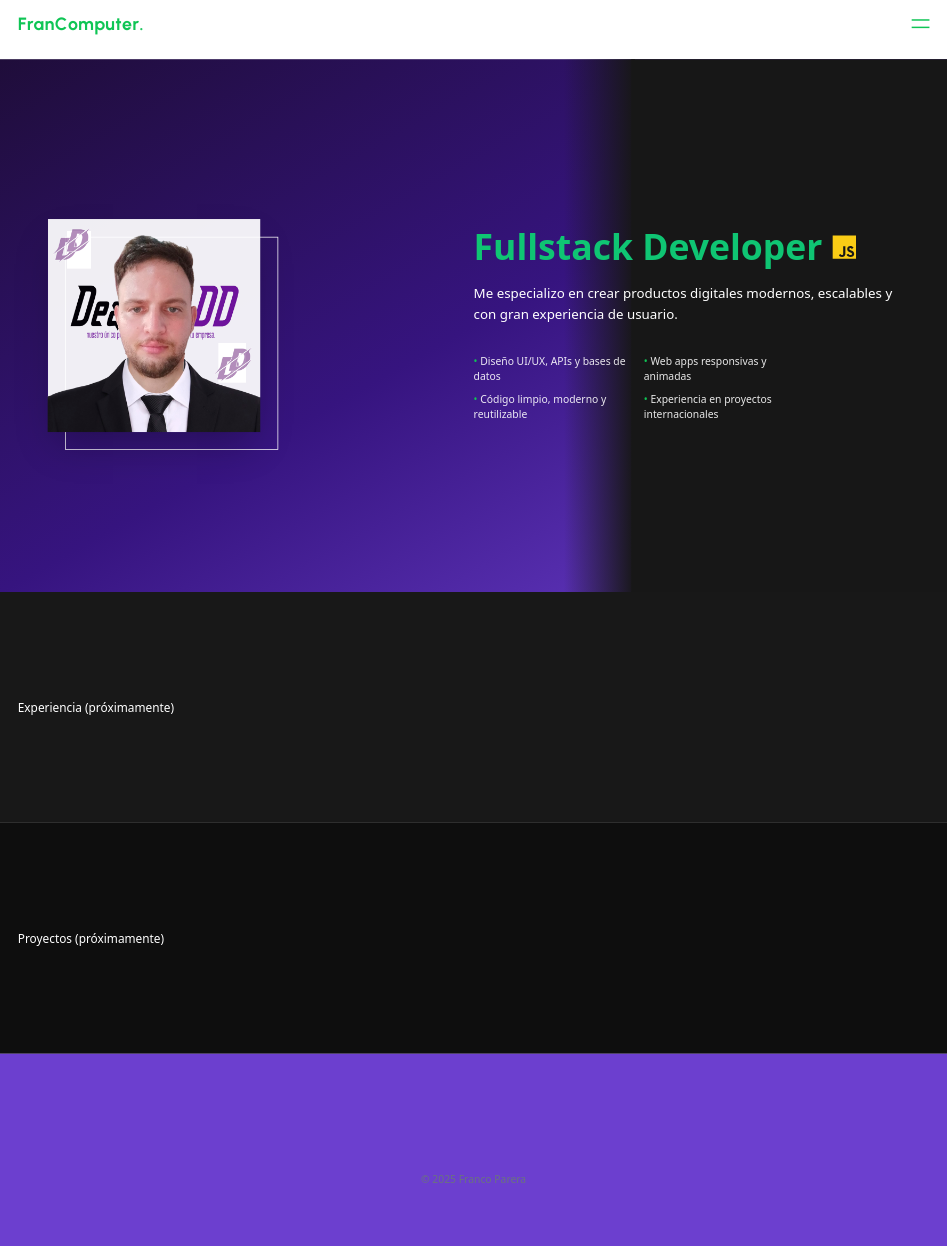
Repository: francoluca35/portfolio-franco-dev
Page: /
These files come from the project's save history. The page is drawn as it stood at one moment and after the next save; the edit follows.
The browser window is 1280 px wide. The pictures show the whole page, at 74% of full size.
The project was rebuilt for these pictures with package versions that can differ from the ones it lists, and the page was loaded fresh each time. The framework's server and built-in components were replaced by stand-ins that run in the browser. Also part of the build but not shown: next.config.js.

Above is the page before, as saved 2025-05-06 02:30:15.

### app/layout.jsx
import Nav from "../components/Nav";
import "../styles/globals.css";
import { Outfit } from "next/font/google";

export const metadata = {
  title: "Franco Parera | Desarrollador Web Fullstack",
  description:
    "Portfolio de Franco Parera, desarrollador web especializado en React, Next.js y soluciones escalables.",
  keywords:
    "desarrollador web, portfolio, frontend, backend, next.js, react, diseño web, SEO, Buenos Aires",
  authors: [{ name: "Franco Parera" }],
  creator: "Franco Parera",
  openGraph: {
    title: "Franco Parera | Desarrollador Web",
    description:
      "Conocé mis proyectos como desarrollador web fullstack. Diseño moderno, rendimiento y SEO.",
    url: "https://tusitio.com",
    siteName: "Franco Parera | Portfolio",
    images: [
      {
        url: "https://tusitio.com/og-image.jpg",
        width: 1200,
        height: 630,
        alt: "Imagen portfolio Franco",
      },
    ],
    locale: "es_AR",
    type: "website",
  },
  twitter: {
    card: "summary_large_image",
    title: "Franco Parera | Desarrollador Web",
    description:
      "Portfolio profesional de Franco Parera con proyectos reales, experiencia y habilidades técnicas.",
    images: ["https://tusitio.com/og-image.jpg"],
  },
};
const outfit = Outfit({
  subsets: ["latin"],
  weight: ["400", "600", "700"], // Podés ajustar los pesos
});

export default function RootLayout({ children }) {
  return (
    <html lang="es">
      <head>
        <meta name="viewport" content="width=device-width, initial-scale=1" />
        <link rel="icon" href="/favicon.ico" />
      </head>
      <body className="antialiased scroll-smooth outfit.className">
        <Nav />
        <div className="pt-20">{children}</div>{" "}
      </body>
    </html>
  );
}

### app/page.jsx
import Hero from "../components/Hero";
import Experience from "../components/Experience";
import Projects from "../components/Projects";
import Footer from "../components/Footer";

export default function HomePage() {
  return (
    <main>
      <section id="inicio">
        <Hero />
      </section>

      <section id="experiencia" className="bg-[#181818] text-white py-20 px-6">
        <Experience />
      </section>

      <section id="proyectos" className="bg-[#0E0E0E] text-white py-20 px-6">
        <Projects />
      </section>

      <section id="contacto" className="bg-[#6C3FCF] text-white py-20 px-6">
        <Footer />
      </section>
    </main>
  );
}

### components/Nav.jsx
"use client";

import { useState, useEffect } from "react";
import Link from "next/link";
import { motion, AnimatePresence } from "framer-motion";
import { FaGithub, FaInstagram, FaLinkedin } from "react-icons/fa";
import AnimatedLogo from "./AnimatedLogo";

const menuItems = [
  { href: "#inicio", label: "INICIO" },
  { href: "#experiencia", label: "EXPERIENCIA" },
  { href: "#proyectos", label: "PROYECTOS" },
  { href: "#contacto", label: "CONTACTO" },
];

export default function Nav() {
  const [isOpen, setIsOpen] = useState(false);
  const [scrolled, setScrolled] = useState(false);

  useEffect(() => {
    const handleScroll = () => {
      setScrolled(window.scrollY > 10);
    };
    window.addEventListener("scroll", handleScroll);
    return () => window.removeEventListener("scroll", handleScroll);
  }, []);

  return (
    <>
      <nav
        className={`fixed w-full px-6 py-4 flex justify-between items-center z-50 transition-colors duration-300 ${
          scrolled ? "bg-[#2b06364b] shadow-lg" : "bg-transparent"
        }`}
      >
        <AnimatedLogo />

        <button onClick={() => setIsOpen(true)} className="space-y-2">
          <span className="block w-6 h-0.5 bg-[#0fc555]"></span>
          <span className="block w-6 h-0.5 bg-[#0fc555]"></span>
        </button>
      </nav>

      <AnimatePresence>
        {isOpen && (
          <motion.div
            initial={{ y: "-100vh", opacity: 0 }}
            animate={{ y: 0, opacity: 1 }}
            exit={{ y: "-100vh", opacity: 0 }}
            transition={{
              type: "spring",
              stiffness: 100,
              damping: 15,
              bounce: 0.25,
              duration: 0.8,
            }}
            className="fixed inset-0 bg-[#2c1167] text-white flex flex-col items-center justify-center text-5xl font-extrabold z-50"
          >
            <button
              onClick={() => setIsOpen(false)}
              className="absolute top-6 right-8 text-lg font-bold hover:text-black"
            >
              close
            </button>

            <ul className="space-y-8 text-center">
              {menuItems.map((item, index) => (
                <motion.li
                  key={item.href}
                  initial={{ opacity: 0, y: 30 }}
                  animate={{ opacity: 1, y: 0 }}
                  transition={{ delay: 0.3 + index * 0.15 }}
                  className="hover:text-black hover:text-6xl transition-all duration-300"
                >
                  <Link href={item.href} onClick={() => setIsOpen(false)}>
                    {item.label}
                  </Link>
                </motion.li>
              ))}
            </ul>

            <div className="text-2xl mt-16 flex gap-8">
              <a
                href="https://www.linkedin.com/in/franco-parera/"
                target="_blank"
                rel="noopener noreferrer"
                className="hover:text-[#0077B5] transition-colors duration-300"
              >
                <FaLinkedin />
              </a>
              <a
                href="https://github.com/francoluca35"
                target="_blank"
                rel="noopener noreferrer"
                className="hover:text-[#010101] transition-colors duration-300"
              >
                <FaGithub />
              </a>
              <a
                href="https://www.instagram.com/franco.dev24/"
                target="_blank"
                rel="noopener noreferrer"
                className="hover:text-[#c550ff] transition-colors duration-300"
              >
                <FaInstagram />
              </a>
            </div>
          </motion.div>
        )}
      </AnimatePresence>
    </>
  );
}

### components/Hero.jsx
"use client";
import { motion } from "framer-motion";
import Image from "next/image";
import { FaJs } from "react-icons/fa";

export default function Hero() {
  return (
    <section
      aria-label="Presentación de Franco Parera como Fullstack Developer"
      className="relative w-full min-h-screen bg-gradient-to-br from-[#1f0d3a] via-[#36147f] to-[#6C3FCF] text-white px-4 sm:px-12  flex items-center justify-center"
    >
      {/* Fondo negro a la derecha */}
      <div className="hidden md:block absolute top-0 right-0 w-1/3 h-full bg-[#171717] z-0" />

      {/* Difuminado entre violeta y negro */}
      <div className="hidden md:block absolute top-0 right-[33%] w-24 h-full bg-gradient-to-r from-transparent to-[#171717] z-10" />

      {/* Contenido */}
      <div className="relative z-20 max-w-6xl w-full flex flex-col md:flex-row items-center md:items-center md:justify-between gap-10">
        {/* Imagen */}
        <motion.div
          initial={{ opacity: 0, scale: 0.95 }}
          animate={{ opacity: 1, scale: 1 }}
          transition={{ duration: 0.6 }}
          className="relative flex justify-center"
        >
          <div className="absolute top-6 left-6 w-60 h-60 sm:w-72 sm:h-72 border border-white z-0" />
          <div className="relative w-60 h-60 sm:w-72 sm:h-72 shadow-2xl overflow-hidden z-10">
            <Image
              src="/assets/yo-franco.png"
              alt="Franco Parera - desarrollador fullstack"
              fill
              className="object-cover"
              priority
            />
          </div>
        </motion.div>

        {/* Texto */}
        <div className="text-center md:text-left md:w-1/2 space-y-6">
          <motion.h1
            initial={{ opacity: 0, y: 20 }}
            animate={{ opacity: 1, y: 0 }}
            transition={{ duration: 0.6 }}
            className="text-3xl sm:text-4xl md:text-5xl font-extrabold text-[#0fc573] flex justify-center md:justify-start items-center gap-3 flex-wrap"
          >
            Fullstack Developer
            <FaJs className="text-yellow-400 text-3xl md:text-4xl" />
          </motion.h1>

          <motion.p
            initial={{ opacity: 0, y: 20 }}
            animate={{ opacity: 1, y: 0 }}
            transition={{ delay: 0.2, duration: 0.6 }}
            className="text-base sm:text-lg text-white max-w-xl mx-auto md:mx-0"
          >
            Me especializo en crear productos digitales modernos, escalables y
            con gran experiencia de usuario.
          </motion.p>

          {/* Lista de habilidades */}
          <motion.div
            initial={{ opacity: 0, y: 20 }}
            animate={{ opacity: 1, y: 0 }}
            transition={{ delay: 0.3, duration: 0.6 }}
            className="grid grid-cols-1 sm:grid-cols-2 gap-3 text-sm text-white/90 max-w-md mx-auto md:mx-0 pt-4"
          >
            <p>
              <span className="text-[#0fc555]">•</span> Diseño UI/UX, APIs y
              bases de datos
            </p>
            <p>
              <span className="text-[#0fc555]">•</span> Web apps responsivas y
              animadas
            </p>
            <p>
              <span className="text-[#0fc555]">•</span> Código limpio, moderno y
              reutilizable
            </p>
            <p>
              <span className="text-[#0fc555]">•</span> Experiencia en proyectos
              internacionales
            </p>
          </motion.div>
        </div>
      </div>
    </section>
  );
}

### components/Experience.jsx
export default function Experience() { return <section className="my-16">Experiencia (próximamente)</section>; }

### components/Projects.jsx
export default function Projects() { return <section className="my-16">Proyectos (próximamente)</section>; }

### components/Footer.jsx
export default function Footer() { return <footer className="mt-20 text-center text-sm text-gray-500">© 2025 Franco Parera</footer>; }

### components/AnimatedLogo.jsx
"use client";
import { useState, useEffect } from "react";
import { Outfit, Urbanist } from "next/font/google";
const outfit = Urbanist({
  subsets: ["latin"],
  weight: ["400", "700"],
});
export default function AnimatedLogo() {
  const leftFull = "Fran";
  const rightFull = "Computer";
  const base = "FC";

  const [left, setLeft] = useState("");
  const [right, setRight] = useState("");
  const [phase, setPhase] = useState("expand");
  const [step, setStep] = useState(0);

  useEffect(() => {
    let interval;

    if (phase === "expand") {
      interval = setInterval(() => {
        setLeft((prev) => {
          if (prev.length < leftFull.length - 1) {
            return leftFull.slice(1, prev.length + 2);
          }
          return prev;
        });

        setRight((prev) => {
          if (prev.length < rightFull.length - 1) {
            return rightFull.slice(1, prev.length + 2);
          }
          return prev;
        });

        setStep((prev) => {
          const next = prev + 1;
          if (next >= Math.max(leftFull.length - 1, rightFull.length - 1)) {
            clearInterval(interval);
            setTimeout(() => setPhase("pause"), 1200);
          }
          return next;
        });
      }, 100);
    }

    if (phase === "contract") {
      interval = setInterval(() => {
        setLeft((prev) => prev.slice(0, -1));
        setRight((prev) => prev.slice(0, -1));
        setStep((prev) => {
          const next = prev - 1;
          if (next <= 0) {
            clearInterval(interval);
            setTimeout(() => setPhase("expand"), 1000);
          }
          return next;
        });
      }, 60);
    }

    if (phase === "pause") {
      setTimeout(() => {
        setPhase("contract");
      }, 800);
    }

    return () => clearInterval(interval);
  }, [phase]);

  return (
    <h1
      className={`text-2xl font-bold text-[#0fc555] tracking-wide ${outfit.className}`}
    >
      F<span className="inline-block">{left}</span>C
      <span className="inline-block">{right}</span>
      <span className="text-[#0fc555] animate-pulse">.</span>
    </h1>
  );
}

### tailwind.config.js
/** @type {import('tailwindcss').Config} */
module.exports = {
  content: [
    "./app/**/*.{js,ts,jsx,tsx}",
    "./components/**/*.{js,ts,jsx,tsx}",
  ],
  darkMode: 'class',
  theme: {
    extend: {},
  },
  plugins: [],
}

Loaded but not shown: styles/globals.css (common file)

After the next save:
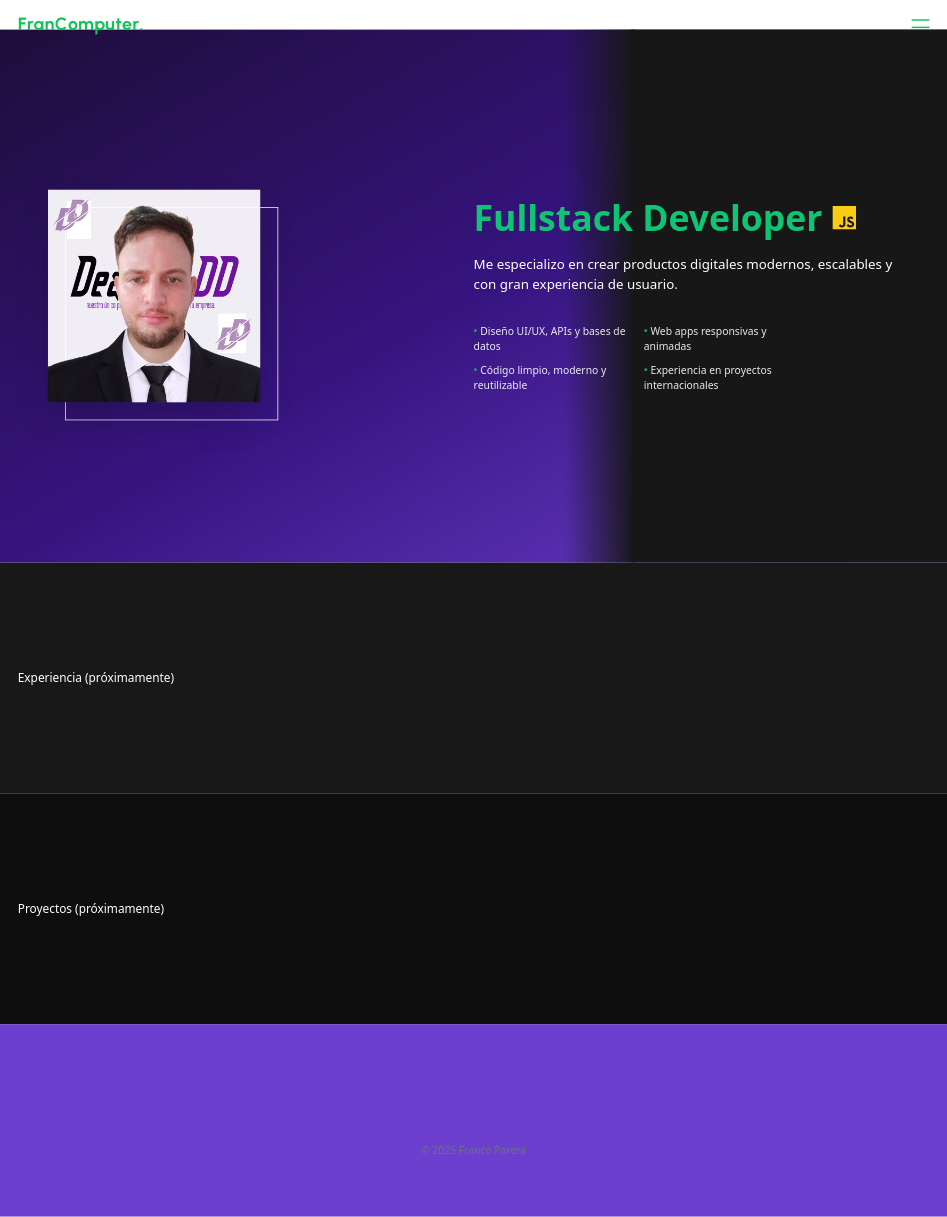
Saved 9 s later.
--- a/components/Hero.jsx
+++ b/components/Hero.jsx
@@ -7,7 +7,7 @@ export default function Hero() {
   return (
     <section
       aria-label="Presentación de Franco Parera como Fullstack Developer"
-      className="relative w-full min-h-screen bg-gradient-to-br from-[#1f0d3a] via-[#36147f] to-[#6C3FCF] text-white px-4 sm:px-12  flex items-center justify-center"
+      className="relative w-full min-h-screen bg-gradient-to-br from-[#1f0d3a] via-[#36147f] to-[#6C3FCF] text-white px-4 sm:px-12 py-20 -mt-10 flex items-center justify-center"
     >
       {/* Fondo negro a la derecha */}
       <div className="hidden md:block absolute top-0 right-0 w-1/3 h-full bg-[#171717] z-0" />
